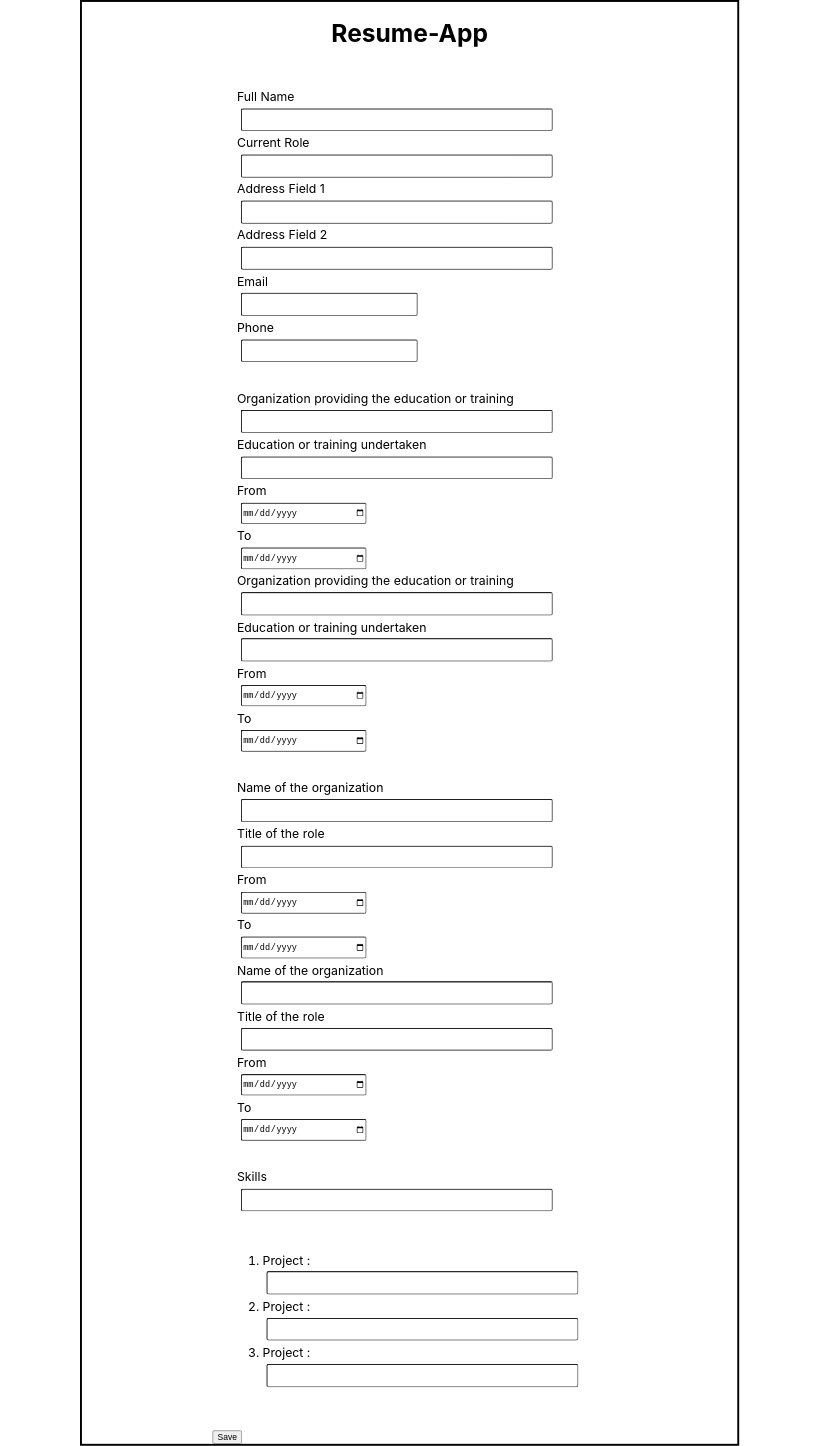
Repository: 0101chaitanya/resume-app
Page: /
These files come from the project's save history. The page is drawn as it stood at one moment and after the next save; the edit follows.
The browser window is 1280 px wide. The pictures show the whole page, at 64% of full size.
The project was rebuilt for these pictures with package versions that can differ from the ones it lists, and the page was loaded fresh each time.

Above is the page before, as saved 2021-07-28 15:46:56.

After the next save:
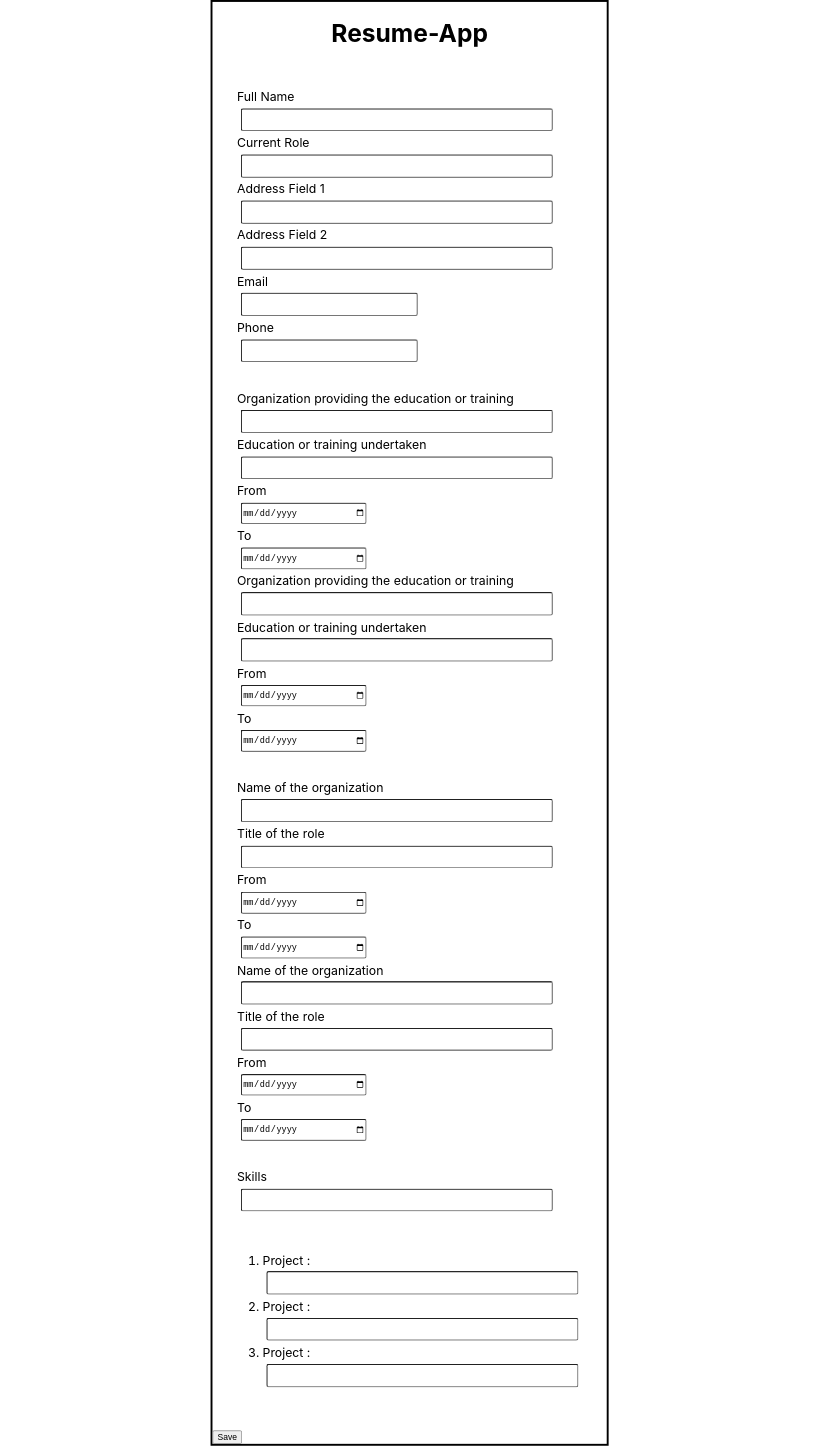
Saved 12 s later.
--- a/src/App.css
+++ b/src/App.css
@@ -11,7 +11,7 @@ input {
   flex-direction: column;
   align-items: center;
   border: 0.2rem solid;
-  width: 80vw;
+  width: fit-content;
 }
 
 h1 {
